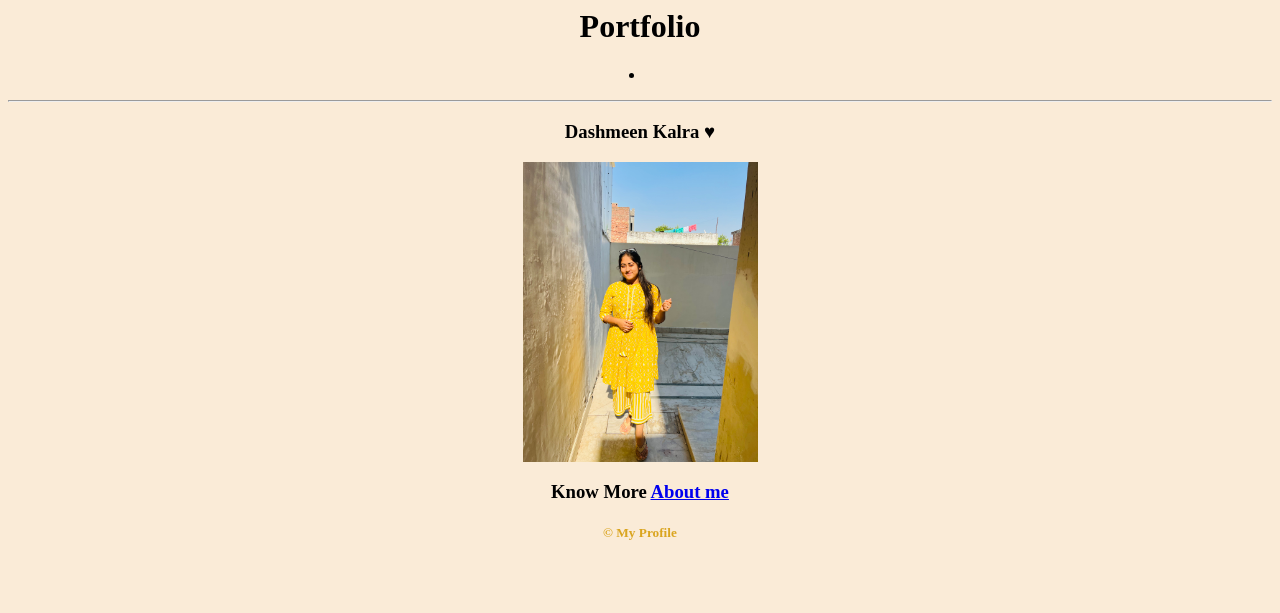
Repository: dashmeenkalra/dashmeen_kalra
Page: index.html
The author's editor kept a copy of each file at every save. The page is drawn from the files as they stood at one save, then again after the next save.
The browser window is 1280 px wide. The pictures show the whole page.

Above is the page before, as saved 2023-03-05 11:54:45.

After the next save:
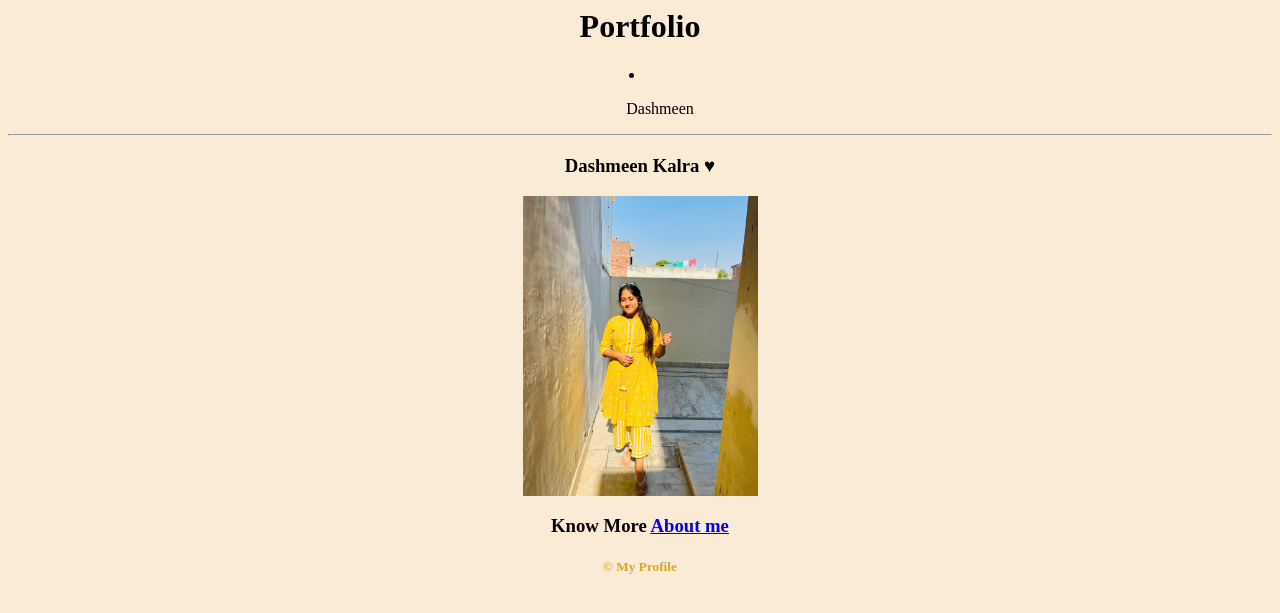
Saved 10 s later.
--- a/index.html
+++ b/index.html
@@ -13,7 +13,7 @@
         </h1>
         <li>
             <ul>
-
+                Dashmeen
             </ul>
         </li>
         <hr/>
